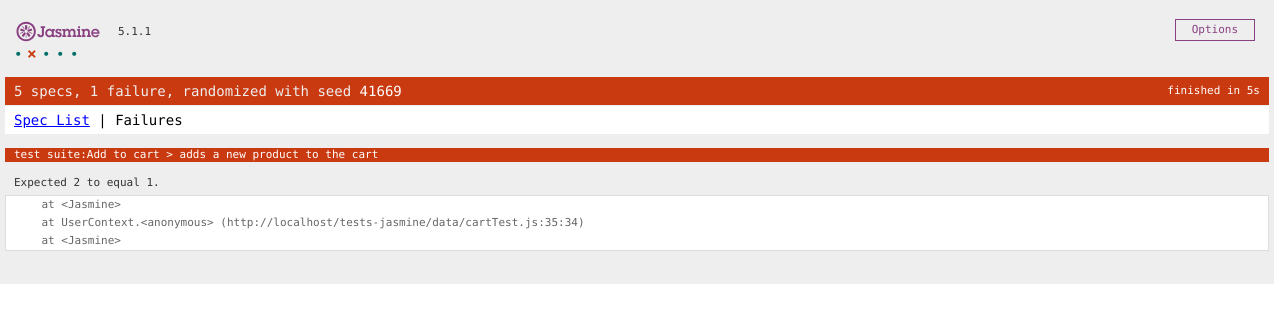
Repository: Srikeerthi05/Amazon-project
Page: tests-jasmine/tests.html
An editor plug-in stored every save of this project. The page is shown before and after a run of saves, followed by the edit.
The browser window is 1280 px wide. The pictures show the whole page.

Above is the page before, as saved 2025-05-25 13:44:28.

After the next 3 saves:
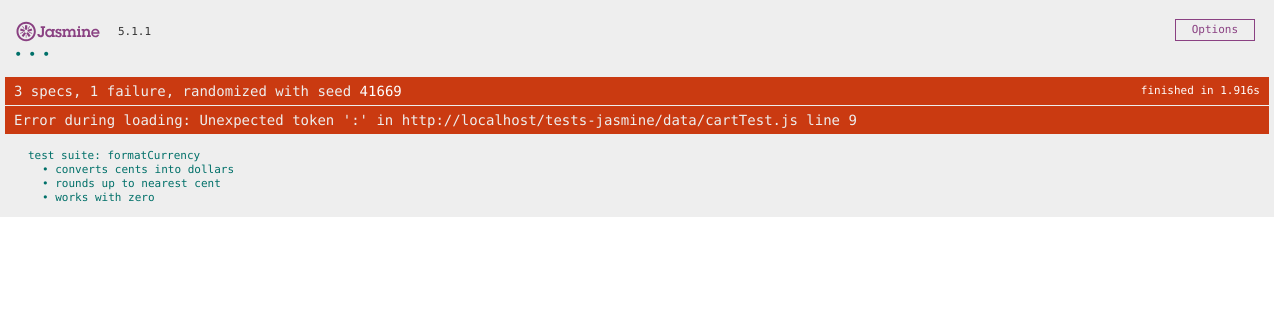
Console error: SyntaxError: Unexpected token ':'
The 3 saves are shown as one change because they came seconds apart.
The last was saved 66 s later.
--- a/tests-jasmine/data/cartTest.js
+++ b/tests-jasmine/data/cartTest.js
@@ -5,10 +5,12 @@
         spyOn(localStorage,'setItem');
 
         spyOn(localStorage,'getItem').and.callFake(()=>{
-            return JSON.stringify([]);
-            productId:'e43638ce-6aa0-4b85-b27f-e1d07eb678c6';
+            return JSON.stringify([
+             productId:'e43638ce-6aa0-4b85-b27f-e1d07eb678c6';
             quantity:1;
             deliveryOptionId:'1';
+            ]);
+
 
         });
 
